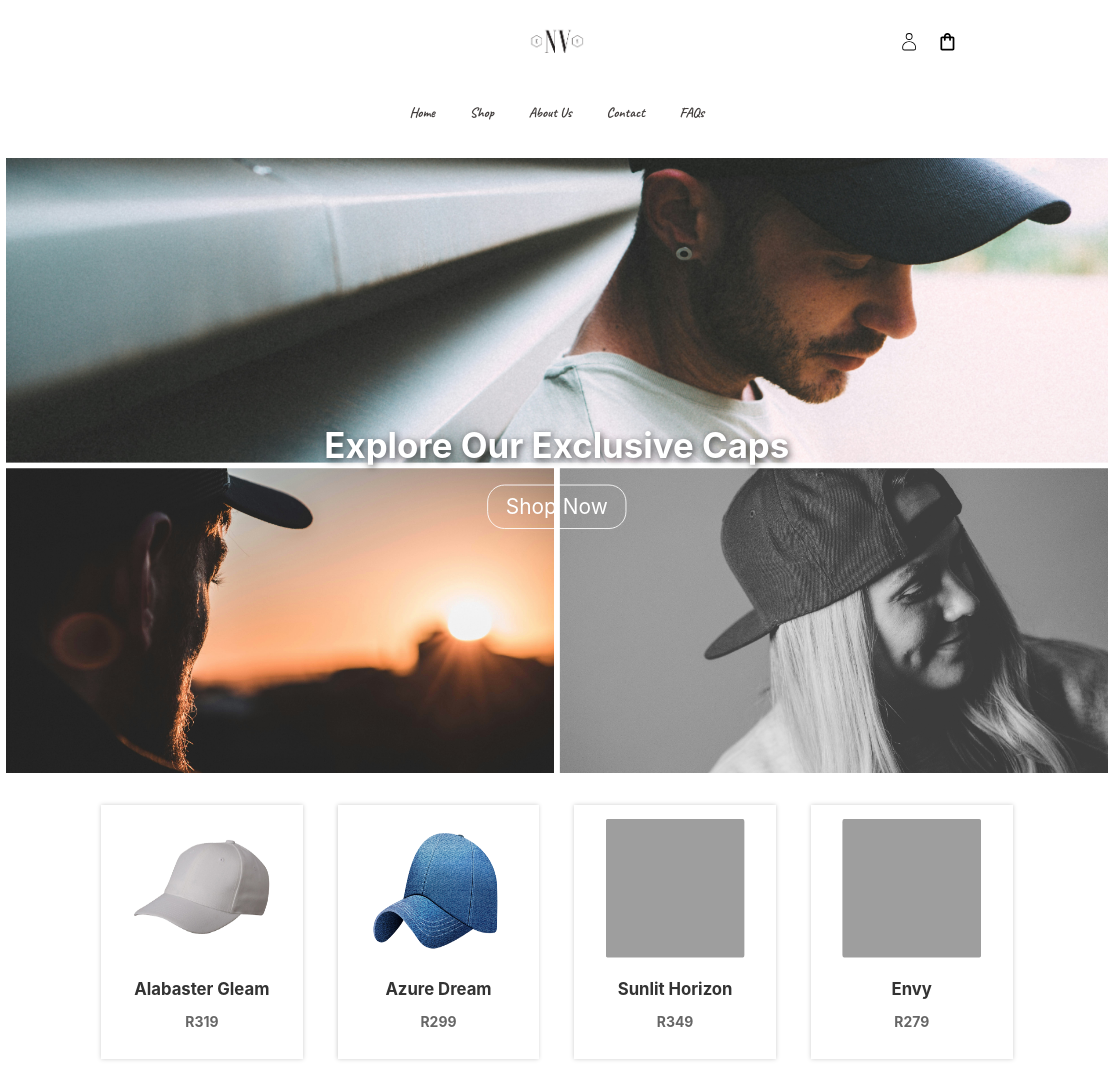
Repository: lasity34/new-envy
Page: / (app in my-new-envy/)
These files come from the project's save history. The page is drawn as it stood at one moment and after the next save; the edit follows.
The browser window is 1280 px wide. The pictures show the whole page, at 87% of full size.
Pictures or frames that could not be fetched are drawn as grey boxes. The project was rebuilt for these pictures with package versions that can differ from the ones it lists, and the page was loaded fresh each time.

Above is the page before, as saved 2024-04-22 13:35:19.

### my-new-envy/public/index.html
<!DOCTYPE html>
<html lang="en">
  <head>
    <meta charset="utf-8" />
    <link rel="icon" href="%PUBLIC_URL%/logo.png" />
    <meta name="viewport" content="width=device-width, initial-scale=1" />
    <meta name="theme-color" content="#000000" />
    <meta
      name="description"
      content="Web site created using create-react-app"
    />
    <link rel="apple-touch-icon" href="%PUBLIC_URL%/logo.png" />
    <!--
      manifest.json provides metadata used when your web app is installed on a
      user's mobile device or desktop. See https://developers.google.com/web/fundamentals/web-app-manifest/
    -->
    <link rel="manifest" href="%PUBLIC_URL%/manifest.json" />
    <!--
      Notice the use of %PUBLIC_URL% in the tags above.
      It will be replaced with the URL of the `public` folder during the build.
      Only files inside the `public` folder can be referenced from the HTML.

      Unlike "/favicon.ico" or "favicon.ico", "%PUBLIC_URL%/favicon.ico" will
      work correctly both with client-side routing and a non-root public URL.
      Learn how to configure a non-root public URL by running `npm run build`.
    -->
    <link rel="preconnect" href="https://fonts.googleapis.com">
<link rel="preconnect" href="https://fonts.gstatic.com" crossorigin>
<link href="https://fonts.googleapis.com/css2?family=Crimson+Text:ital,wght@0,400;0,600;0,700;1,400;1,600;1,700&display=swap" rel="stylesheet">
<link href="https://fonts.googleapis.com/css2?family=Caveat:wght@400..700&display=swap" rel="stylesheet">
    <title>Envy</title>
  </head>
  <body>
    <noscript>You need to enable JavaScript to run this app.</noscript>
    <div id="root"></div>
    <!--
      This HTML file is a template.
      If you open it directly in the browser, you will see an empty page.

      You can add webfonts, meta tags, or analytics to this file.
      The build step will place the bundled scripts into the <body> tag.

      To begin the development, run `npm start` or `yarn start`.
      To create a production bundle, use `npm run build` or `yarn build`.
    -->
  </body>
</html>

### my-new-envy/src/App.tsx

import { BrowserRouter as Router } from 'react-router-dom';
import Header from './components/Header';
import HeroBanner from './components/HeroBanner';
import FeaturedProducts from './components/FeaturedProduct';


function App() {
  return (
    <Router>
      <div className="App">

          <Header />
          <HeroBanner />
          <FeaturedProducts />

      </div>
    </Router>
  );
}

export default App;

### my-new-envy/src/components/Header.tsx
import styled from "styled-components";
import { Link } from "react-router-dom";
import { CiUser } from "react-icons/ci";
import { MdOutlineShoppingBag } from "react-icons/md";

const HeaderContainer = styled.header`
  font-family: "Caveat", cursive;
  color: black;
  padding: 20px 0px;
  display: flex;
  justify-content: space-between;
  flex-direction: column;
  align-items: center; // Ensure everything in the header is centered
  width: 100%;
  text-align: center; // Centers the text elements within flex items
`;

const BannerContainer = styled.div`
  display: flex;
  justify-content: space-between;
  align-items: center;
  width: 100%;
`;

const SearchContainer = styled.div`
  flex: 1;
  display: flex; // Makes sure the search container can align its children
  justify-content: center; // Centering the search bar or content inside the container
`;

const LogoContainer = styled.div`
  flex: 1;
  display: flex;
  justify-content: center; // Ensure logo is centered
  align-items: center;
`;

const AccountCartContainer = styled.div`
  flex: 1;
  display: flex;
  justify-content: center; // Ensure icons are centered
  align-items: center;
`;

const IconNavLinks = styled.ul`
  display: flex;
  justify-content: center; // This will ensure icons are evenly spaced
  align-items: center;
  list-style: none;
  padding: 0; // Removes padding
  width: 100%; // Ensure it uses the full width available in the container
`;

const IconNavLink = styled.li`
  margin: 0 10px; // Spacing between icons
  a {
    color: black;
    text-decoration: none;
    font-size: 1.5rem;
    display: inline-block;

    &:hover {
      color: #f1c40f; // Color change on hover
    }
  }
`;

const Nav = styled.nav`
  width: 100%;
  display: flex;
  justify-content: center; // Center navigation links horizontally
  align-items: center;
  margin-top: 20px; // Added margin for spacing between banner and nav
`;

const NavLinks = styled.ul`
  list-style: none;
  display: flex;
  justify-content: center; // Ensures links are centered within the navigation
  align-items: center;
  padding: 0;
  width: 100%; // Full width to center all items properly
`;

const NavLink = styled.li`
  margin: 0 20px;
  a {
    color: #433f3e;
    text-decoration: none;
    font-weight: bold;
    position: relative;

    &::after {
      content: '';
      position: absolute;
      bottom: -5px;
      left: 50%;
      width: 0;
      height: 2px;
      background-color: black;
      transition: width 0.5s ease, left 0.5s ease;
      transform: translateX(-50%);
    }

    &:hover::after {
      width: 100%;
      transform: translateX(-50%);
    }
  }
`;

const CapImage = styled.img`
  width: 80px; // Adjust as needed
`;

const Header = () => {
  return (
    <HeaderContainer>
      <BannerContainer>
        <SearchContainer></SearchContainer>
        <LogoContainer>
          <Link to="/">
            <CapImage src="images/logo.png" alt="Queue Caps Logo" />
          </Link>
        </LogoContainer>
        <AccountCartContainer>
          <IconNavLinks>
            <IconNavLink>
              <Link to="/account">
                <CiUser />
              </Link>
            </IconNavLink>
            <IconNavLink>
              <Link to="/cart">
              <MdOutlineShoppingBag />
              </Link>
            </IconNavLink>
          </IconNavLinks>
        </AccountCartContainer>
      </BannerContainer>
      <Nav>
        <NavLinks>
          <NavLink><Link to="/">Home</Link></NavLink>
          <NavLink><Link to="/shop">Shop</Link></NavLink>
          <NavLink><Link to="/about">About Us</Link></NavLink>
          <NavLink><Link to="/contact">Contact</Link></NavLink>
          <NavLink><Link to="/faq">FAQs</Link></NavLink>
        </NavLinks>
      </Nav>
    </HeaderContainer>
  );
};

export default Header;

### my-new-envy/src/components/HeroBanner.tsx
import styled from 'styled-components';
import { Link } from 'react-router-dom';

const BannerContainer = styled.div`
  width: 100vw; // Ensures it takes the full viewport width
  height: 100vh; // Sets the height to full viewport height
  background-image: url('images/hero-background.png'); // Background image for the banner
  background-size: cover; // Ensures the background covers the entire area
  background-repeat: no-repeat; // No repetition of the background image
  background-position: center center; // Centers the background image
  display: flex;
  justify-content: center;
  align-items: center;
  flex-direction: column;
  text-align: center;
  color: white;
  position: relative; // Ensures proper positioning
`;

const Tagline = styled.h1`
  font-size: 2.5rem; // Large font size for main tagline
  margin-bottom: 20px; // Margin below the tagline
  text-shadow: 2px 2px 8px rgba(0,0,0,0.7); // Text shadow for better legibility
`;

const ShopButton = styled(Link)`
  padding: 10px 20px; // Padding for button size
  color: white; // Text color
  font-size: 1.5rem; // Font size for the text on the button
  font-weight: normal; // Normal font weight for thinner text appearance
  background-color: transparent; // Transparent background
  border: 1px solid white; // Thin white border
  border-radius: 20px; // Rounded corners for the button
  text-decoration: none; // No text decoration
  transition: background-color 0.3s, color 0.3s; // Smooth transition for hover effects

  &:hover {
    background-color: white;
    color: black; // Text color changes on hover
  }
`;

const HeroBanner = () => {
  return (
    <BannerContainer>
      <Tagline>Explore Our Exclusive Caps</Tagline>
      <ShopButton to="/shop">Shop Now</ShopButton>
    </BannerContainer>
  );
};

export default HeroBanner;

### my-new-envy/src/components/FeaturedProduct.tsx
// Assuming you are in FeaturedProducts.tsx or a similar file
import React from 'react';
import styled from 'styled-components';
import ProductCard from './ProductCard';
import { products } from '../data';  // This should correctly import the array of products
import { Product } from '../types';  // Importing the Product type definition

const ProductsContainer = styled.div`
    display: flex;
    flex-wrap: wrap;
    justify-content: center;
    gap: 20px; // Provides space between cards
    padding: 20px;
`;

const FeaturedProducts: React.FC = () => {
    return (
        <ProductsContainer>
            {products.map((product: Product) => (
                <ProductCard key={product.id} product={product} />
            ))}
        </ProductsContainer>
    );
};

export default FeaturedProducts;

### my-new-envy/src/components/ProductCard.tsx
// src/components/ProductCard.tsx
import React from 'react';
import styled from 'styled-components';
import { ProductCardProps } from '../types'; // Importing type definitions

const CardContainer = styled.div`
    padding: 16px;
    text-align: center;
    width: 200px; // Fixed width for grid display
    margin: 10px;
    box-shadow: 0px 0px 5px #ccc; // Optional: adds shadow for better visibility
`;

const ProductImage = styled.img`
    width: 160px;  // Set specific width
    height: 160px; // Set specific height to maintain uniformity

    margin-bottom: 10px;
    border-radius: 4px; // Optional: rounds the corners of the image
`;

const ProductName = styled.h2`
    font-size: 1.2rem;
    color: #333;
    margin: 10px 0;  // Adds vertical spacing
`;

const ProductPrice = styled.p`
    font-size: 1rem;
    color: #666;
    font-weight: bold;  // Emphasizes the price
`;

const ProductCard: React.FC<ProductCardProps> = ({ product }) => {
    return (
        <CardContainer>
            <ProductImage src={product.imageUrl} alt={product.name} />
            <ProductName>{product.name}</ProductName>
            <ProductPrice>{product.price}</ProductPrice>
        </CardContainer>
    );
}

export default ProductCard;

### my-new-envy/src/data.ts
// src/data.ts
import { Product } from "./types";

export const products: Product[] = [
    {
        id: 'cap-alabaster-gleam',
        name: 'Alabaster Gleam',
        imageUrl: '/images/white-cap.png',
        price: 'R319'
    },
    {
        id: 'cap-azure-dream',
        name: 'Azure Dream',
        imageUrl: '/images/blue-cap.png',
        price: 'R299'
    },
    {
        id: 'cap-sunlit-horizon',
        name: 'Sunlit Horizon',
        imageUrl: '/images/black-cap.jpg',
        price: 'R349'
    },

    {
        id: 'cap-envy',
        name: 'Envy',
        imageUrl: '/images/purple-cap.png',
        price: 'R279'
    }
];

Loaded but not shown: my-new-envy/src/index.tsx (common file); my-new-envy/src/index.css (common file); my-new-envy/src/reportWebVitals.ts (common file)

After the next save:
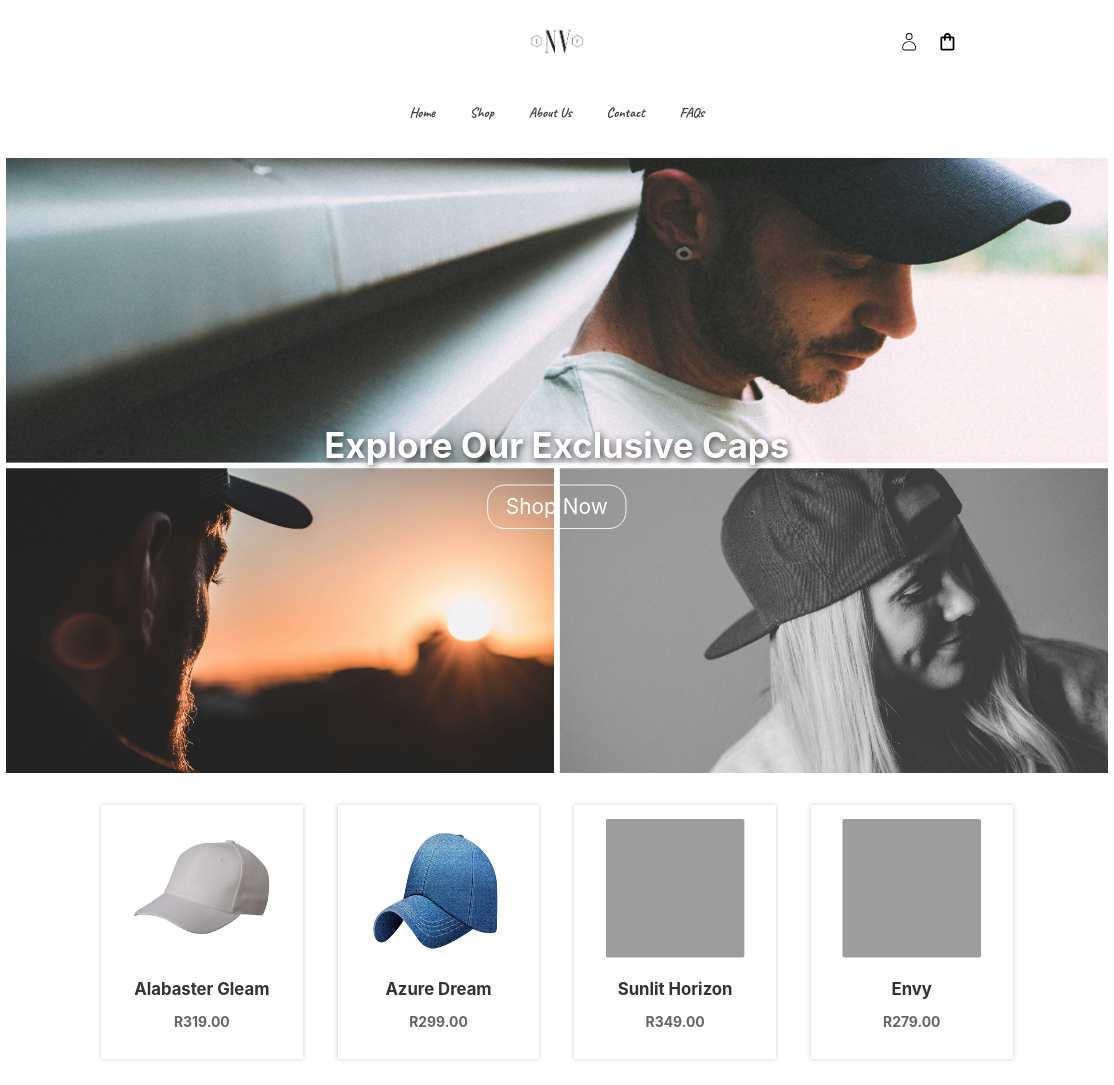
Saved 30 s later.
--- a/my-new-envy/src/components/ProductCard.tsx
+++ b/my-new-envy/src/components/ProductCard.tsx
@@ -36,7 +36,7 @@
         <CardContainer>
             <ProductImage src={product.imageUrl} alt={product.name} />
             <ProductName>{product.name}</ProductName>
-            <ProductPrice>{product.price}</ProductPrice>
+            <ProductPrice>{product.price}.00</ProductPrice>
         </CardContainer>
     );
 }
